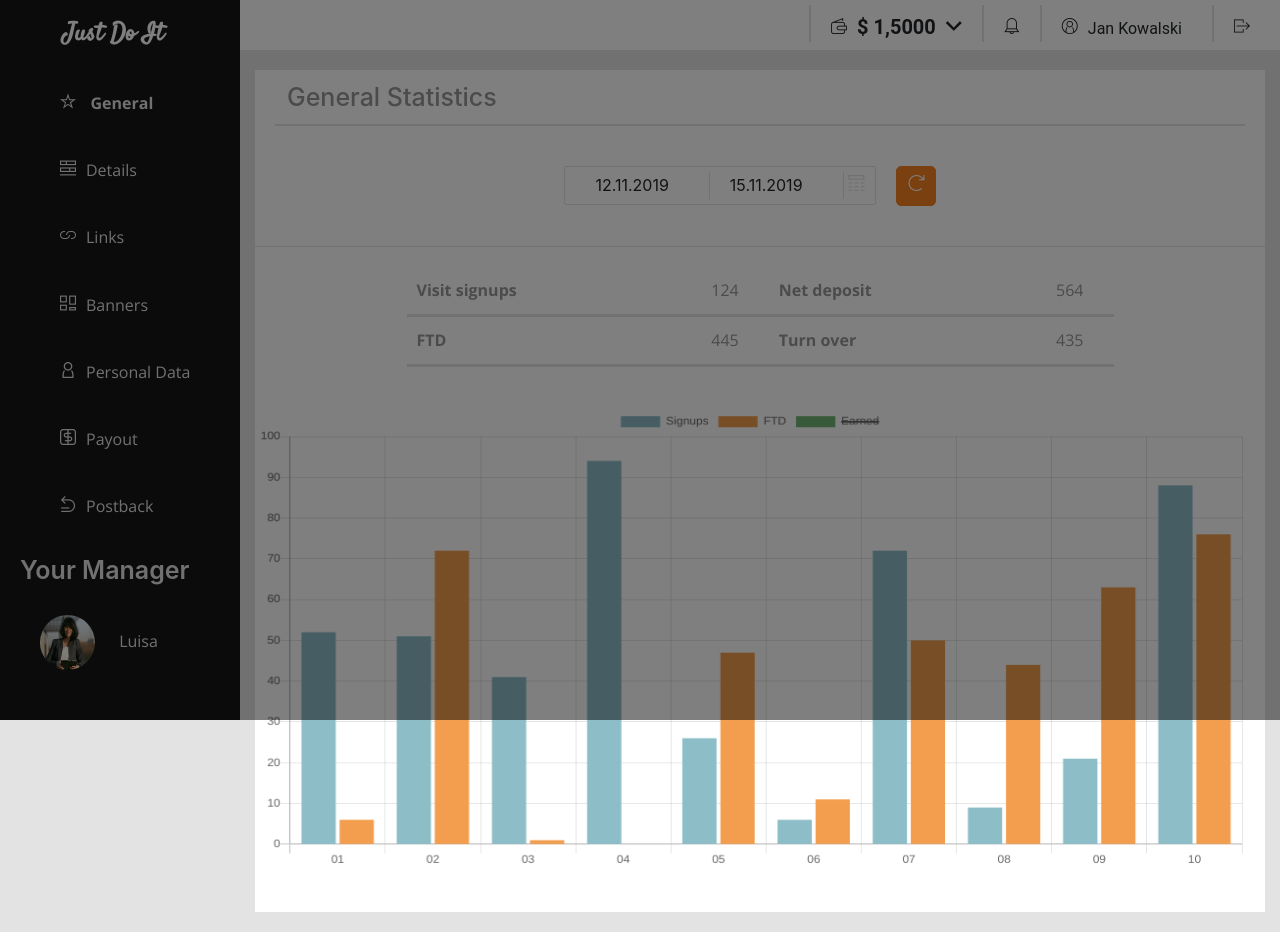
Repository: OllaWilk/wwwJustDoIt
Page: index.html
An editor plug-in stored every save of this project. The page is shown before and after the next save, followed by the edit.
The browser window is 1280 px wide. The pictures show the whole page.
Some web libraries are served in a nearby version. The style sheet was rebuilt from its Sass, Less or Tailwind sources for each picture, by a compiler version that may differ from the author's.

Above is the page before, as saved 2020-01-01 21:14:11.

After the next save:
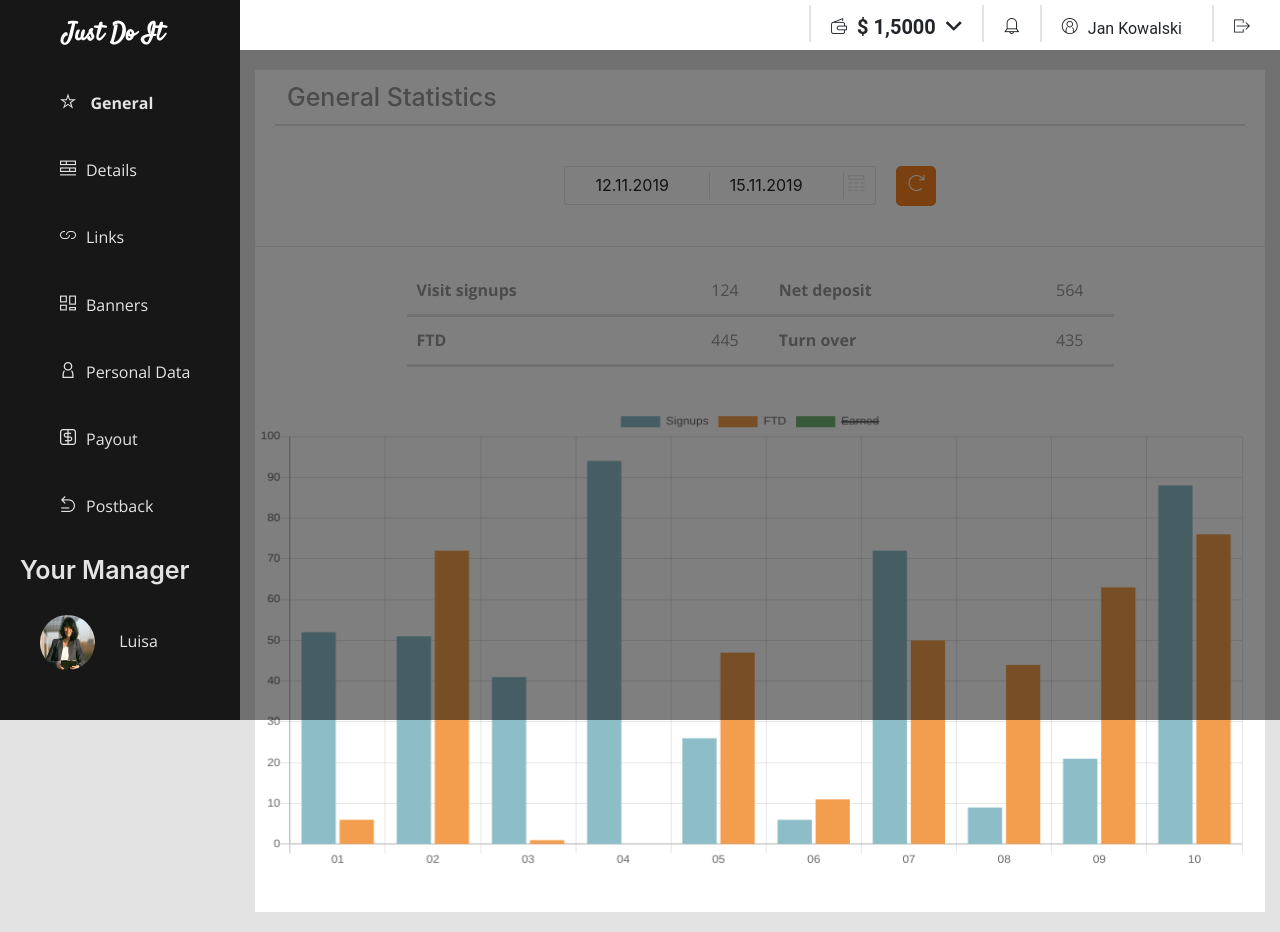
Saved 45 s later.
--- a/index.html
+++ b/index.html
@@ -269,7 +269,7 @@
             </div>
         </section>
 
-        <section class= modals">
+        <section class= "container modals">
             <div class="overlay" id="overlay">
                 <div class="modal" id="myModal">
                     <div class="btn-close js--close-modal">x</div>
